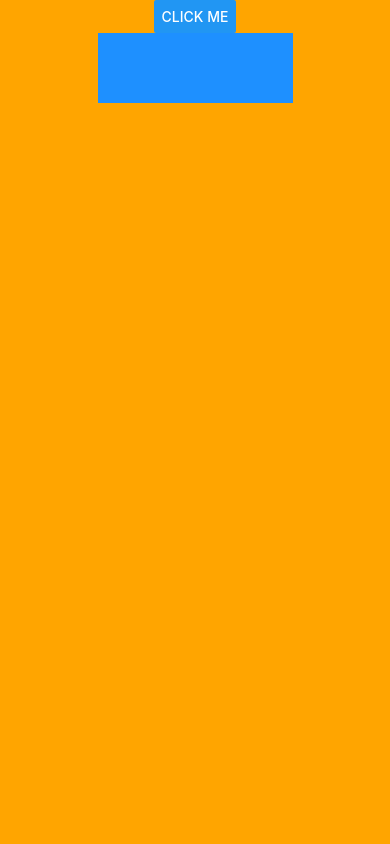
Repository: Callum-Worrall/react-native-test-app
Page: /
An editor plug-in stored every save of this project. The page is shown before and after the next save, followed by the edit.
The browser window is 390 px wide. The pictures show the whole page.
The app was drawn by React Native's web renderer in a window 390 px wide. The project was rebuilt for these pictures with package versions that can differ from the ones it lists, and the page was loaded fresh each time.

Above is the page before, as saved 2022-02-17 13:06:21.

### App.js
// import { StatusBar } from 'expo-status-bar';
import {
  StyleSheet,
  View, SafeAreaView, Dimensions, StatusBar, Platform,
  Text, Image, Button, Alert,
  TouchableWithoutFeedback, TouchableHighlight, TouchableOpacity, TouchableNativeFeedback,
} from 'react-native';

//Notes//
//remove all console.logs to increase app performance

export default function App() {

  console.log("App executed.");
  console.log(Dimensions.get("screen")); //doesnt respond to orientation changes
  // console.log(require("./assets/icon.png"));

  return (
    <SafeAreaView style={[styles.container, containerStyle]}>
    {/* <SafeAreaView style={styles.container}> */}
      <Button title="Click Me" onPress={() => console.log("Clicked!")} />

      <View style={{
        backgroundColor: 'dodgerblue',
        width: '50%',
        height: 70,
      }}></View>


      {/* <Text>Hello</Text> */}
    </SafeAreaView>
  );
}

const containerStyle = { backgroundColor: "orange" }

const styles = StyleSheet.create({
  container: {
    flex: 1,
    backgroundColor: '#fff', //white
    paddingTop: Platform.OS === 'android' ? StatusBar.currentHeight : 0, //status bar for android as SafeAreaView only works iOS
    // paddingTop: 0,
    alignItems: 'center', //horizontal
    // justifyContent: 'center', //vertical
  },
});

After the next save:
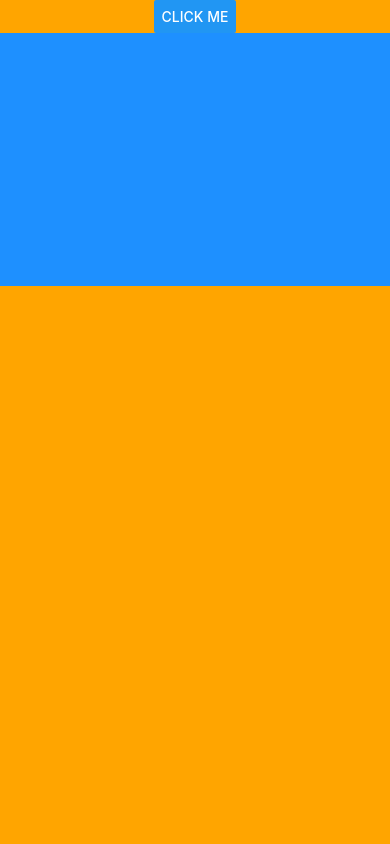
Saved 32 s later.
--- a/App.js
+++ b/App.js
@@ -22,8 +22,8 @@ export default function App() {
 
       <View style={{
         backgroundColor: 'dodgerblue',
-        width: '50%',
-        height: 70,
+        width: '100%',
+        height: '30%',
       }}></View>
 
 
